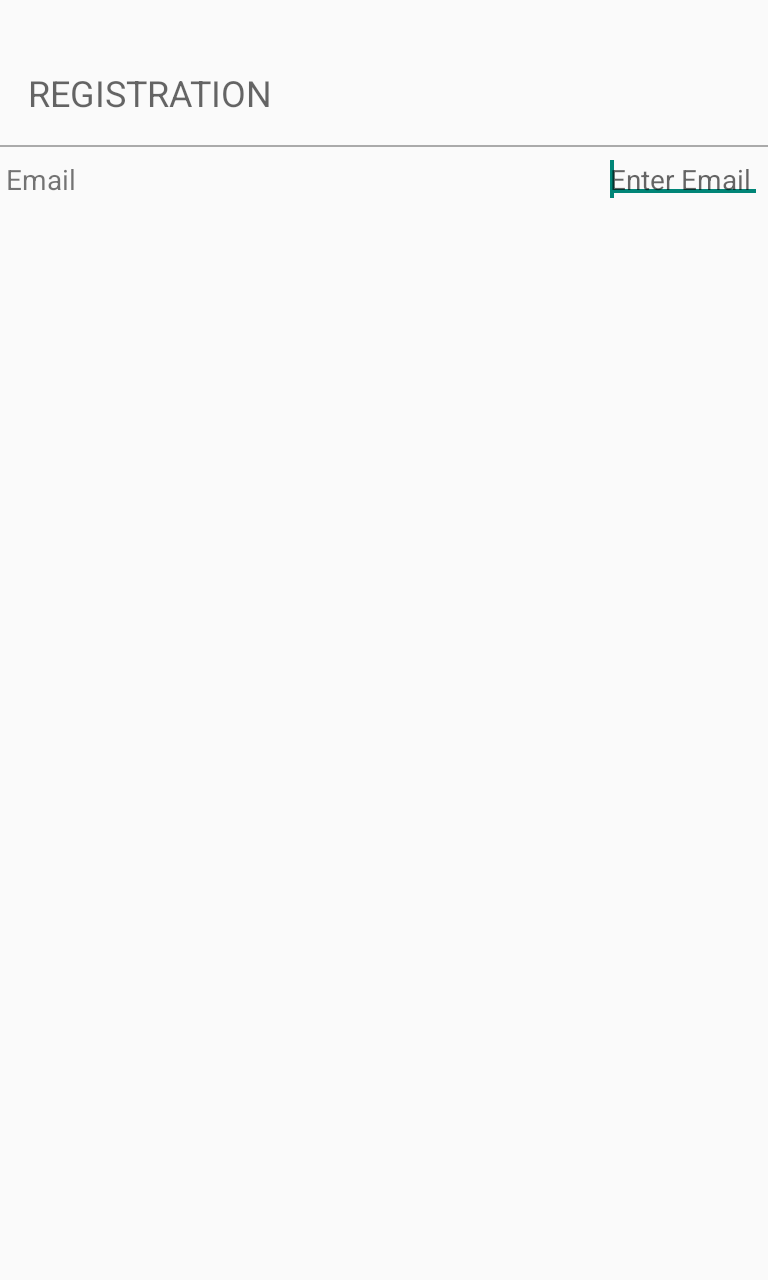
Repository: lMayuraDevani/BrentBrown
Layout: BrentBrown/res/layout/register.xml
The author's editor kept a copy of each file at every save. The layout is drawn from the files as they stood at one save, then again after the next save.
It is drawn on a 768 x 1280 px phone screen (xhdpi) without system bars, with theme AppTheme; the app's code is not run.

Above is the layout before, as saved 2014-11-12 09:21:58.

### BrentBrown/res/layout/register.xml
<?xml version="1.0" encoding="utf-8"?>
<LinearLayout xmlns:android="http://schemas.android.com/apk/res/android"
    android:layout_width="match_parent"
    android:layout_height="match_parent"
    android:orientation="vertical" >


    <TextView
        android:id="@+id/textView1"
        android:layout_width="wrap_content"
        android:layout_height="wrap_content"
        android:layout_marginTop="20dp"
        android:padding="14dp"
        android:text="@string/registration_lable"
        android:textAppearance="?android:attr/textAppearanceMedium" />


    <View
	   android:layout_width="fill_parent"
	   android:layout_height="1dp"
	   android:background="@android:color/darker_gray" />

      <LinearLayout
                android:layout_width="fill_parent"
                android:layout_height="wrap_content"
                android:padding="2dp"
                android:orientation="horizontal" >

                <TextView
                    android:id="@+id/emaillbl"
                    android:layout_width="300dp"
                    android:layout_height="wrap_content"
                    android:layout_gravity="center"
                    android:padding="01dp"
                    android:text="Email"
                    android:textAppearance="?android:attr/textAppearanceSmall" />

                <EditText
                    android:id="@+id/emailtxt"
                    android:layout_width="wrap_content"
                    android:layout_height="wrap_content"
                    android:ems="10"
                    android:hint="Enter Email "
                    android:padding="3dp"
                    android:textAppearance="?android:attr/textAppearanceSmall"
                    android:textColor="#CDCCCD" >

                    <requestFocus />
                </EditText>
            </LinearLayout>


</LinearLayout>

### BrentBrown/res/values/styles.xml
<resources xmlns:android="http://schemas.android.com/apk/res/android">

    <style name="AppBaseTheme" parent="Theme.AppCompat"></style>

    <!-- Application theme. -->
    <style name="AppTheme" parent="AppBaseTheme">
        <item name="actionBarStyle">@style/CustomizedActionbar</item>
        <item name="actionBarTabStyle">@style/CustomizedActionbarTabs</item>
        <item name="android:actionBarStyle">@style/CustomizedActionbar</item>
        <item name="android:actionBarTabStyle">@style/CustomizedActionbarTabs</item>
    </style>

    <!-- ActionBar styles -->
    <style name="CustomizedActionbar" parent="@style/Widget.AppCompat.ActionBar">
        <item name="android:background">@color/ActionBarColor</item>

        <!-- Support library compatibility -->
        <item name="background">@color/ActionBarColor</item>
        <item name="android:divider">@drawable/tabdivider</item>
    </style>

    <!-- ActionBar tabs styles -->
    <style name="CustomizedActionbarTabs" parent="@style/Widget.AppCompat.ActionBar.TabView">

        <!-- tab indicator -->
        <item name="android:background">@drawable/actionbar_tab_indicator</item>
        <item name="android:divider">@drawable/tabdivider</item>

        <!-- Support library compatibility -->
        <item name="background">@drawable/actionbar_tab_indicator</item>
    </style>

</resources>

### BrentBrown/res/drawable/actionbar_tab_indicator.xml
<?xml version="1.0" encoding="utf-8"?>
<selector xmlns:android="http://schemas.android.com/apk/res/android">

<!-- STATES WHEN BUTTON IS NOT PRESSED -->

    <!-- Non focused states -->
    <item android:state_focused="false" android:state_selected="false"
          android:state_pressed="false"

          android:drawable="@drawable/tab_unselected" />
    <item android:state_focused="false" android:state_selected="true"
          android:state_pressed="false"

          android:drawable="@drawable/tab_selected" />

    <!-- Focused states (such as when focused with a d-pad or mouse hover) -->
    <item android:state_focused="true" android:state_selected="false"
          android:state_pressed="false"
          android:drawable="@drawable/tab_unselected_focused" />
    <item android:state_focused="true" android:state_selected="true"
          android:state_pressed="false"
          android:drawable="@drawable/tab_selected_focused" />


<!-- STATES WHEN BUTTON IS PRESSED -->

    <!-- Non focused states -->
    <item android:state_focused="false" android:state_selected="false"
          android:state_pressed="true"
          android:drawable="@drawable/tab_unselected_pressed" />
    <item android:state_focused="false" android:state_selected="true"
        android:state_pressed="true"
        android:drawable="@drawable/tab_selected_pressed" />

    <!-- Focused states (such as when focused with a d-pad or mouse hover) -->
    <item android:state_focused="true" android:state_selected="false"
          android:state_pressed="true"
          android:drawable="@drawable/tab_unselected_pressed" />
    <item android:state_focused="true" android:state_selected="true"
          android:state_pressed="true"
          android:drawable="@drawable/tab_selected_pressed" />
</selector>

### BrentBrown/res/drawable/tabdivider.xml
<?xml version="1.0" encoding="utf-8"?>
<shape xmlns:android="http://schemas.android.com/apk/res/android"
    android:shape="line"  >

      <size android:width="2dp" android:height="10dp"/>
    <solid android:color="@color/BorderGrayColor" />
    <padding android:left="15dp" android:top="15dp" />

</shape>

### BrentBrown/res/values/color.xml
<?xml version="1.0" encoding="utf-8"?>
<resources>

    <color name="gray_list_item">#E5E5E5</color>
    <color name="gray_backgroound">#EEEEEE</color>
    <color name="gray_border">#b6b6b6</color>
    <color name="ActionBarColor">#25C389</color>
    <color name="BorderGrayColor">#CED8D8</color>
    <color name="OrangeTabColor">#F5963C</color>
    <color name="TurquoiseBlueTabColor">#05AEAA</color>
    <color name="MediumGrayBackColor">#D8D8D8</color>
    <color name="list_item_title">#444444</color>
    <color name="list_item_subtitle">#929292</color>

</resources>

### BrentBrown/res/drawable/tab_unselected.xml
<shape xmlns:android="http://schemas.android.com/apk/res/android"
    android:shape="rectangle" >

    <solid android:color="@color/OrangeTabColor" />

</shape>

### BrentBrown/res/drawable/tab_selected.xml
<?xml version="1.0" encoding="utf-8"?>
<shape xmlns:android="http://schemas.android.com/apk/res/android"
    android:shape="rectangle" >

    <solid android:color="@color/TurquoiseBlueTabColor" />



</shape>

### BrentBrown/res/drawable/tab_unselected_focused.xml
<shape xmlns:android="http://schemas.android.com/apk/res/android"
    android:shape="rectangle" >



   <solid android:color="@color/OrangeTabColor"/>

</shape>

### BrentBrown/res/drawable/tab_selected_focused.xml
<?xml version="1.0" encoding="utf-8"?>
<shape xmlns:android="http://schemas.android.com/apk/res/android"
    android:shape="rectangle" >



 <solid android:color="@color/TurquoiseBlueTabColor" />



</shape>

### BrentBrown/res/drawable/tab_unselected_pressed.xml
<shape xmlns:android="http://schemas.android.com/apk/res/android"
    android:shape="rectangle" >



    <solid android:color="@color/OrangeTabColor" />

</shape>

### BrentBrown/res/drawable/tab_selected_pressed.xml
<?xml version="1.0" encoding="utf-8"?>
<shape xmlns:android="http://schemas.android.com/apk/res/android"
    android:shape="rectangle" >
    <solid android:color="@color/TurquoiseBlueTabColor" />

</shape>

### BrentBrown/res/values/strings.xml
<?xml version="1.0" encoding="utf-8"?>
<resources>

    <string name="app_name"> Brent Brown</string>
    <string name="title_garage"> Garage</string>
    <string name="title_showroom"> Showroom</string>
    <string name="title_specials"> Specials</string>
    <string name="title_tools"> Tools</string>
    <string name="title_extra"> More</string>

    <string name="title_ServiceHistory">Service</string>
    <string name="title_Appointments">Appontments</string>
    <string name="title_Message">Message</string>

    <string name="hello_world">Hello world!</string>
    <string name="action_settings">Settings</string>

    <string name="menu_settings">Settings</string>
    <string name="pull_to_refresh_pull_label">Pull to refresh...</string>
    <string name="pull_to_refresh_release_label">Release to refresh...</string>
    <string name="pull_to_refresh_refreshing_label">Loading...</string>
    <string name="pull_to_refresh_tap_label">Tap to refresh...</string>
    <string name="registration_lable">REGISTRATION</string>

</resources>

Loaded but not shown: BrentBrown/res/values-v11/styles.xml (common file); BrentBrown/res/values-v14/styles.xml (common file)

After the next save:
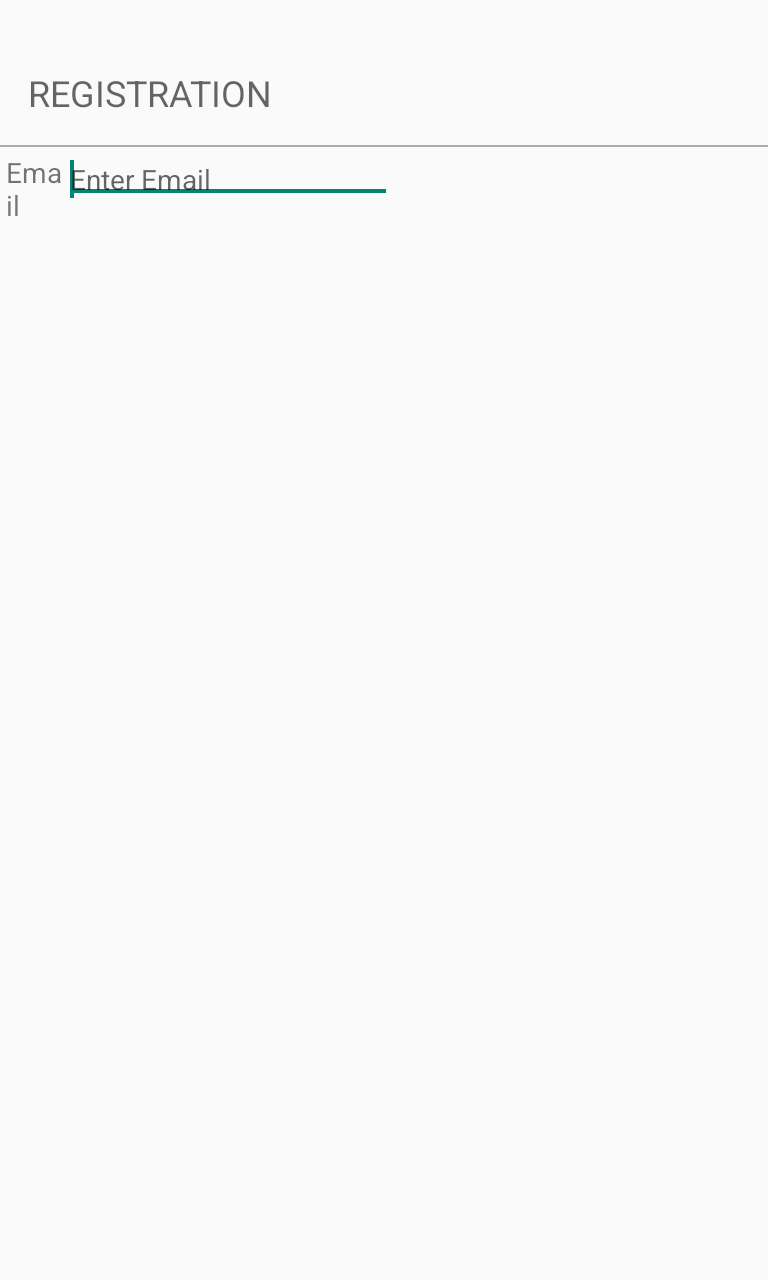
Saved 5 s later.
--- a/BrentBrown/res/layout/register.xml
+++ b/BrentBrown/res/layout/register.xml
@@ -28,7 +28,7 @@
 
                 <TextView
                     android:id="@+id/emaillbl"
-                    android:layout_width="300dp"
+                    android:layout_width="30dp"
                     android:layout_height="wrap_content"
                     android:layout_gravity="center"
                     android:padding="01dp"
